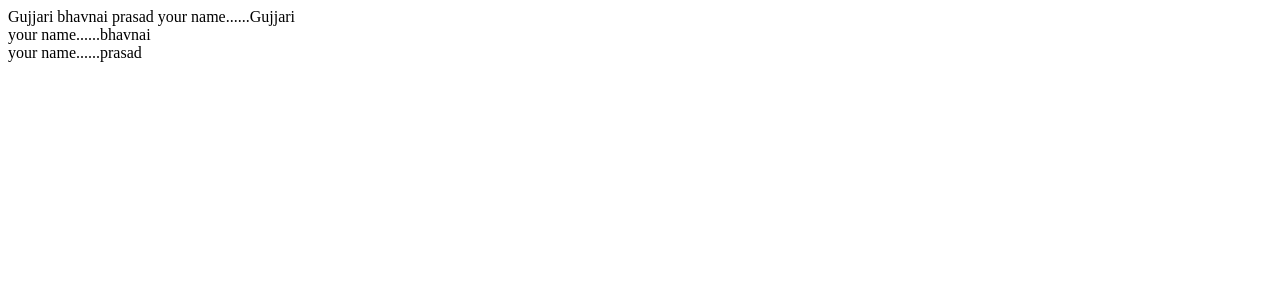
Repository: bpgujjari/Java-Logics
Page: http://localhost/JSTLExample/jstlEx.jsp
The author's editor kept a copy of each file at every save. The page is drawn from the files as they stood at one save, then again after the next save.
The browser window is 1280 px wide. The pictures show the whole page.
The page is served by Tomcat 9.

Above is the page before, as saved 2023-03-10 16:21:52.

After the next save:
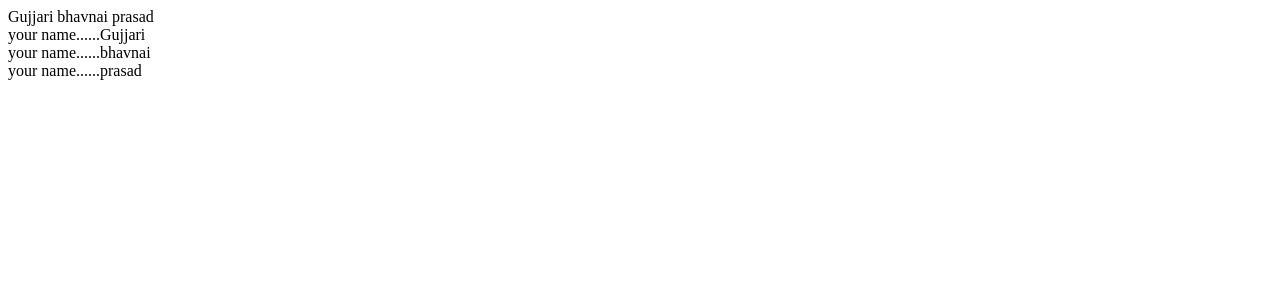
Saved 23 s later.
--- a/conditional and looping programs/RathanSir/JSTLExample/src/main/webapp/jstlEx.jsp
+++ b/conditional and looping programs/RathanSir/JSTLExample/src/main/webapp/jstlEx.jsp
@@ -16,7 +16,7 @@ for(String name:names)
 {
 	out.println(name);
 }
-%>
+%><br>
 <c:forEach var="names" items="${names}">
 your name......${names}<br>
 </c:forEach>
